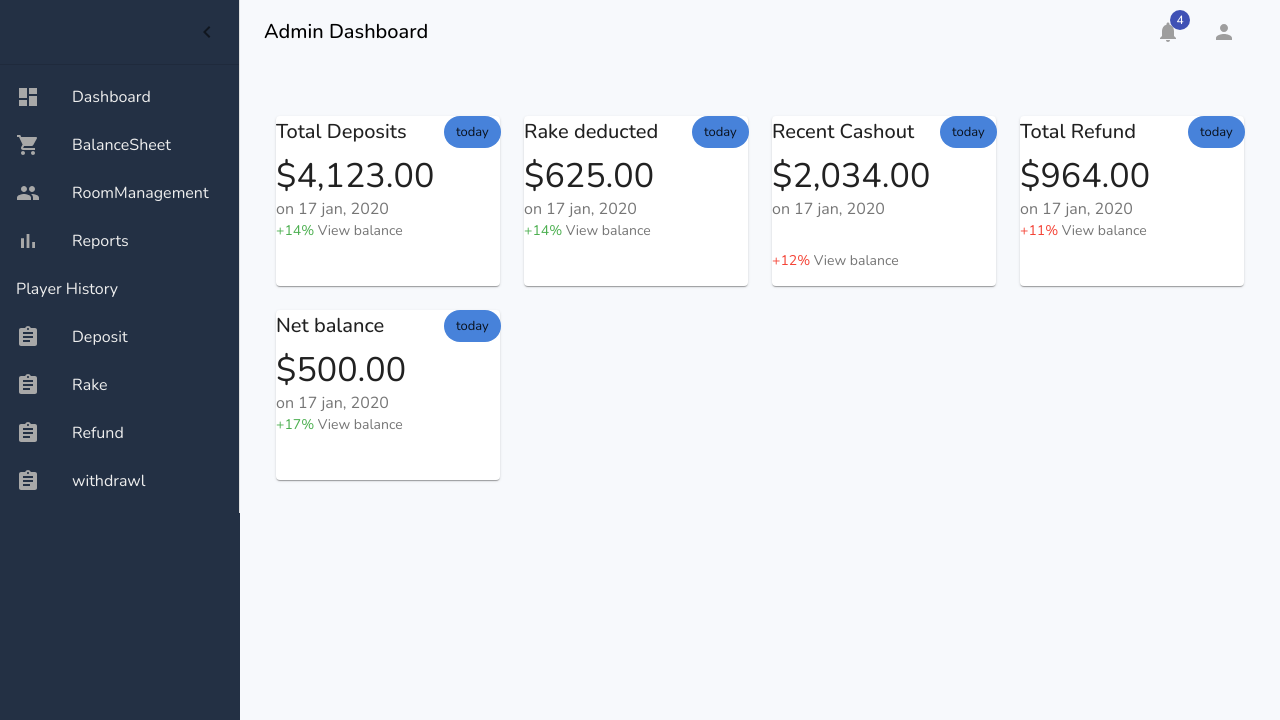
Repository: imayankbisht/ludofrontend
Page: /BalanceSheet
These files come from the project's save history. The page is drawn as it stood at one moment and after the next save; the edit follows.
The browser window is 1280 px wide. The pictures show the whole page.
The project was rebuilt for these pictures with package versions that can differ from the ones it lists, and the page was loaded fresh each time. Also part of the build but not shown: src/Components/UserControl.js, src/services/apiCall.js, src/Components/UserTable.js, src/Components/UserManagement.js, src/axios.js, src/Components/login.js, src/Components/UserForm.js, src/Components/EditForm.js.

Above is the page before, as saved 2021-01-20 14:20:04.

After the next save:
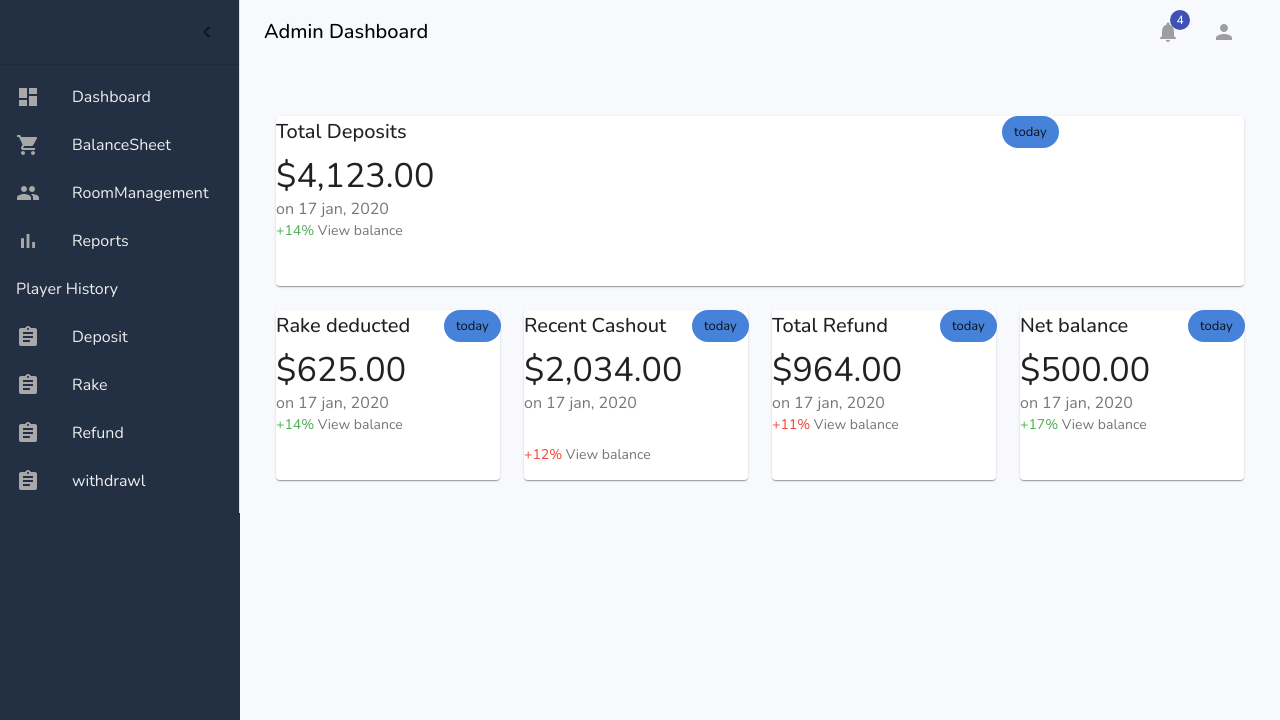
Saved 72 s later.
--- a/src/Components/balanceSheet.js
+++ b/src/Components/balanceSheet.js
@@ -28,7 +28,7 @@
             <Container maxWidth="lg" className={classes.container}>
           <Grid container spacing={3}>
 
-            <Grid item xs={12} md={4} lg={3}>
+            <Grid item xs={12} >
               <Paper className={fixedHeightPaper}>
                 <Deposits />
               </Paper>

After the save that followed:
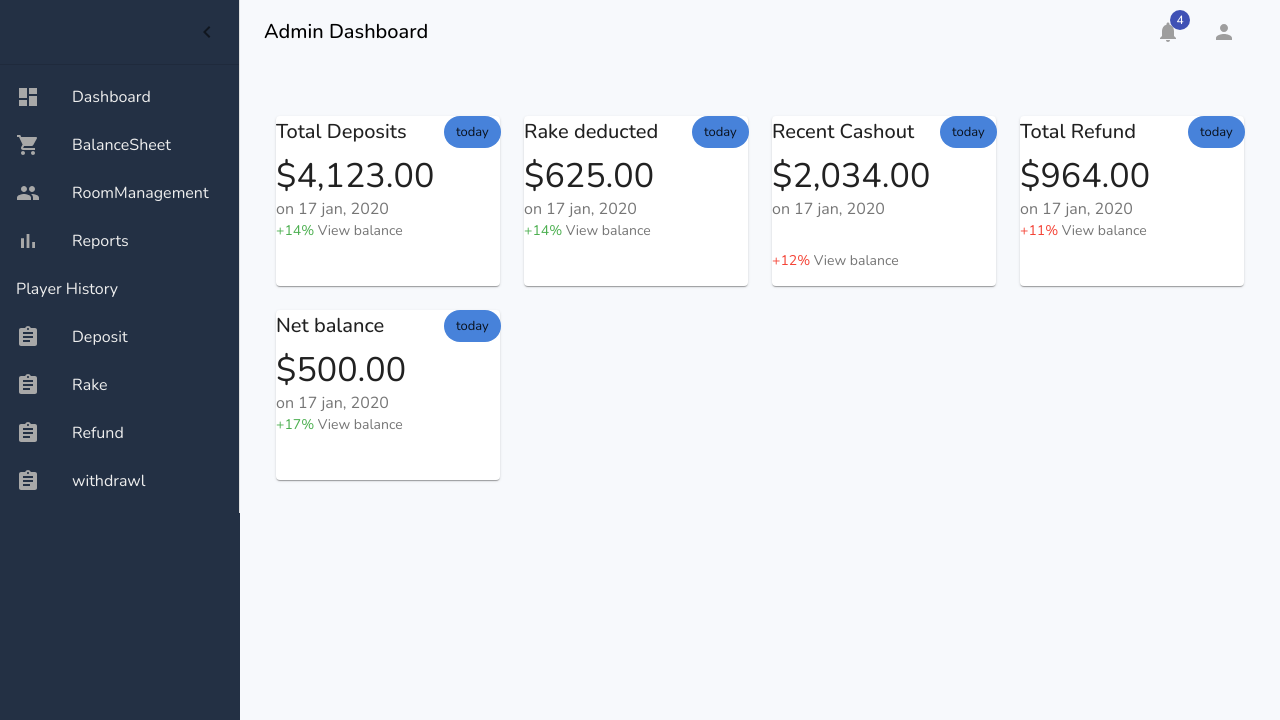
Saved 7 s later.
--- a/src/Components/balanceSheet.js
+++ b/src/Components/balanceSheet.js
@@ -28,7 +28,7 @@
             <Container maxWidth="lg" className={classes.container}>
           <Grid container spacing={3}>
 
-            <Grid item xs={12} >
+            <Grid item xs={12} md={4} lg={3}>
               <Paper className={fixedHeightPaper}>
                 <Deposits />
               </Paper>
